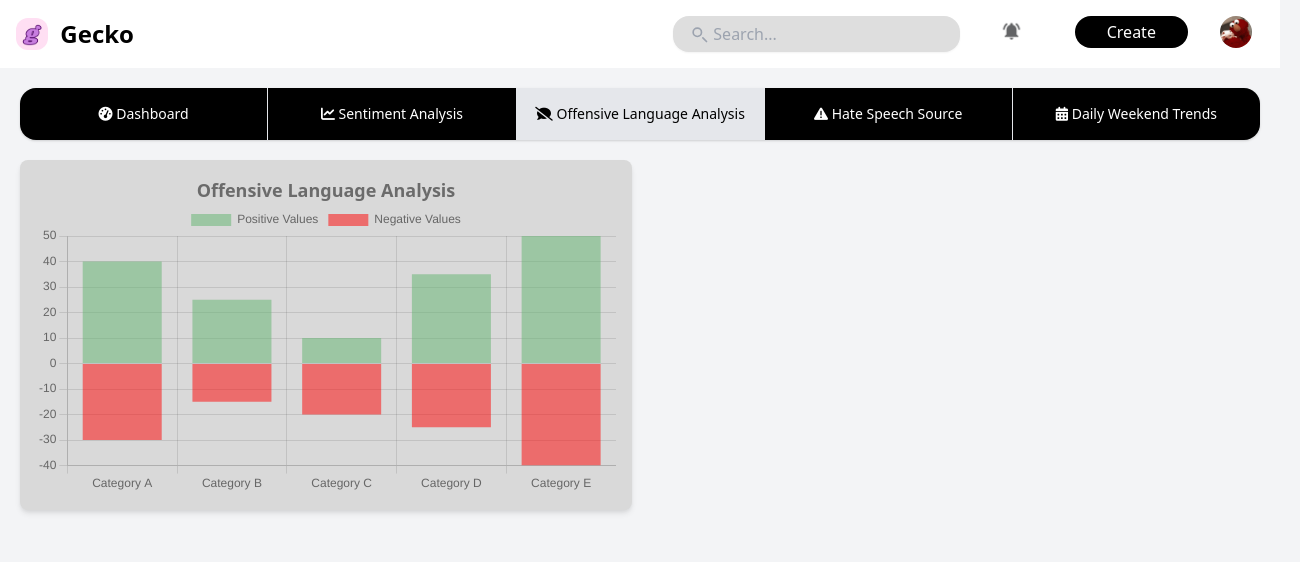
Repository: theamgri/thesis-website-nextjs
Page: OLA.html
The author's editor kept a copy of each file at every save. The page is drawn from the files as they stood at one save, then again after the next save.
The browser window is 1280 px wide. The page is 1280 px wide, then 1300 px, then 1280 px, so the pictures cover 1300 px, including what lies to the right of the window. The pictures show the whole page.

Above is the page before, as saved 2023-10-07 09:30:17.

### OLA.html
<!DOCTYPE html>
<html lang="en">
<head>
    <meta charset="UTF-8">
    <meta name="viewport" content="width=device-width, initial-scale=1.0">
    <title>Gecko</title>
    <link rel="icon" type="image/x-icon" href="/images/icon.png">
    <link href="https://cdn.jsdelivr.net/npm/tailwindcss@2.2.19/dist/tailwind.min.css" rel="stylesheet">
    <script src="https://cdn.jsdelivr.net/npm/chart.js"></script>
    <link rel="stylesheet" href="https://cdnjs.cloudflare.com/ajax/libs/font-awesome/6.0.0-beta3/css/all.min.css">

    <script src="https://kit.fontawesome.com/yourcode.js" crossorigin="anonymous"></script>


</head>
<body class="bg-gray-100">

<nav class="bg-white drop-shadow-2xl border-gray-200 dark:bg-gray-900">
    <div class="flex flex-wrap items-center justify-between mx-auto p-4">
      <a href="." class="flex items-center">
          <img src="images/icon.png" class="h-8 mr-3 rounded-xl" alt="Logo" />
          <span class="self-center text-2xl font-semibold whitespace-nowrap dark:text-white">Gecko</span>
      </a>
      <button data-collapse-toggle="navbar-default" type="button" class="inline-flex items-center p-2 w-10 h-10 justify-center text-sm text-gray-500 rounded-lg md:hidden hover:bg-gray-100 focus:outline-none focus:ring-2 focus:ring-gray-200 dark:text-gray-400 dark:hover:bg-gray-700 dark:focus:ring-gray-600" aria-controls="navbar-default" aria-expanded="false">
          <span class="sr-only">Open main menu</span>
          <svg class="w-5 h-5" aria-hidden="true" xmlns="http://www.w3.org/2000/svg" fill="none" viewBox="0 0 17 14">
              <path stroke="currentColor" stroke-linecap="round" stroke-linejoin="round" stroke-width="2" d="M1 1h15M1 7h15M1 13h15"/>
          </svg>
      </button>
      <div class="hidden w-full md:block md:w-auto drop-shadow-2xl" id="navbar-default">
        <ul class="font-medium flex flex-col p-4 md:p-0 mt-4 border border-gray-100 rounded-lg bg-gray-50 md:flex-row md:space-x-8 md:mt-0 md:border-0 md:bg-white dark:bg-gray-800 md:dark:bg-gray-900 dark:border-gray-700">
            <li>
                <div class="relative">
                    <input
                        type="text"
                        placeholder="Search..."
                        class="block w-full py-2 pl-10 pr-4 leading-5 rounded-2xl shadow-sm focus:ring focus:ring-blue-200 border-gray-300" style="background-color: #DEDEDE;"
                    />
                    <div class="absolute inset-y-0 left-0 pl-4 flex items-center pointer-events-none">
                        <svg
                            class="w-5 h-5 text-gray-400"
                            fill="none"
                            stroke="currentColor"
                            viewBox="0 0 24 24"
                            xmlns="http://www.w3.org/2000/svg"
                        >
                            <path
                                stroke-linecap="round"
                                stroke-linejoin="round"
                                stroke-width="2"
                                d="M21 21l-4.35-4.35"
                            />
                            <path
                                stroke-linecap="round"
                                stroke-linejoin="round"
                                stroke-width="2"
                                d="M15 10a5 5 0 11-10 0 5 5 0 0110 0z"
                            />
                        </svg>
                    </div>
                </div>

              </li>
            <li>
              <img src="images/bellbutton.png" class="h-8 mr-3 rounded-xl" alt="Notification Bell" />
          </li>
          <li>
            <button class="bg-black drop-shadow-2xl hover:bg-blue-700 text-white font-normal py-1 px-8 rounded-full">
              Create
            </button>
          </li>
          <li>
            <a href="your-link-here">
                <img src="images/user.jpg" class="h-8 mr-3 rounded-full" alt="Notification Bell" />
            </a>
        </li>


        </ul>
      </div>
    </div>
  </nav>

  <div class="sm:hidden">

    <select id="tabs" class="bg-gray-100 border border-gray-300 text-gray-900 text-sm rounded-lg focus:ring-blue-500 focus:border-blue-500 block w-full p-2.5 dark:bg-gray-700 dark:border-gray-600 dark:placeholder-gray-400 dark:text-white dark:focus:ring-blue-500 dark:focus:border-blue-500">
        <option></option>
        <option></option>
        <option></option>
        <option></option>
    </select>
  </div>
  <ul class="m-5 rounded-2xl drop-shadow-xl hidden text-sm font-medium text-center text-white divide-x divide-gray-200 rounded-lg shadow sm:flex bg-black dark:bg-gray-900 dark:divide-gray-700">
      <li class="w-full">
          <a href="#" class="inline-block font-medium w-full p-4 hover:text-white focus:ring-4 focus:ring-blue-300 focus:outline-none dark:hover:bg-gray-700" aria-current="page">
              <i class="fas fa-tachometer-alt"></i> Dashboard
          </a>
      </li>
      <li class="w-full">
          <a href="#" class="inline-block font-medium w-full p-4 hover:text-white focus:ring-4 focus:ring-blue-300 focus:outline-none dark:hover:bg-gray-700">
              <i class="fas fa-chart-line"></i> Sentiment Analysis
          </a>
      </li>


      <li class="w-full">
          <a href="#" class="inline-block font-medium w-full p-4 text-black bg-gray-200 focus:ring-4 focus:ring-blue-300 focus:outline-none">
              <i class="fas fa-comment-slash"></i> Offensive Language Analysis
          </a>
      </li>
      <li class="w-full">
          <a href="#" class="inline-block font-medium w-full p-4 hover:text-white focus:ring-4 focus:ring-blue-300 focus:outline-none dark:hover:bg-gray-700">
              <i class="fas fa-exclamation-triangle"></i> Hate Speech Source
          </a>
      </li>
      <li class="w-full">
          <a href="#" class="inline-block font-medium w-full p-4 rounded-r-lg hover:text-white focus:ring-4 focus:outline-none focus:ring-blue-300 dark:hover:bg-gray-700">
              <i class="fas fa-calendar-alt"></i> Daily Weekend Trends
          </a>
      </li>
  </ul>
  <!-- <div class="container mx-auto mt-0"> -->
  <div class="m-5 grid grid-cols-1 md:grid-cols-2 lg:grid-cols-2 xl:grid-cols-2 gap-4">
    <!-- Container 1 -->
    <div class="bg-white p-4 rounded-lg shadow-md" style="background-color: #D9D9D9;">
        <h2 class="text-lg text-center opacity-50 font-semibold">Offensive Language Analysis</h2>
        <canvas id="bidirectional-double-bar-graph"></canvas>
    </div>

    <script src="https://cdn.jsdelivr.net/npm/chart.js"></script>


    <script>
        // Data for the bidirectional double bar graph
        const label = ['Category A', 'Category B', 'Category C', 'Category D', 'Category E'];
        const dataset1 = [40, 25, 10, 35, 50];
        const dataset2 = [-30, -15, -20, -25, -40];

        const ctx = document.getElementById('bidirectional-double-bar-graph').getContext('2d');
        new Chart(ctx, {
            type: 'bar',
            data: {
                labels: label,
                datasets: [
                    {
                        label: 'Positive Values',
                        data: dataset1,
                        backgroundColor: ['rgba(97, 180, 110, 0.5)', 'rgba(97, 180, 110, 0.5)', 'rgba(97, 180, 110, 0.5)', 'rgba(97, 180, 110, 0.5)', 'rgba(97, 180, 110, 0.5)'],
                    },
                    {
                        label: 'Negative Values',
                        data: dataset2,
                        backgroundColor: ['rgba(255, 0, 0, 0.5)', 'rgba(255, 0, 0, 0.5)', 'rgba(255, 0, 0, 0.5)', 'rgba(255, 0, 0, 0.5)', 'rgba(255, 0, 0, 0.5)'],
                    },
                ]
            },
            options: {
                responsive: true,
                scales: {
                    x: {
                        beginAtZero: true,
                        stacked: true,
                    },
                    y: {
                        beginAtZero: true,
                    },
                },
                plugins: {
                    legend: {
                        display: true,
                        position: 'top',
                    },
                },
            },
        });
    </script>
    <!-- </div> -->

  </body>
  </html>

After the next save:
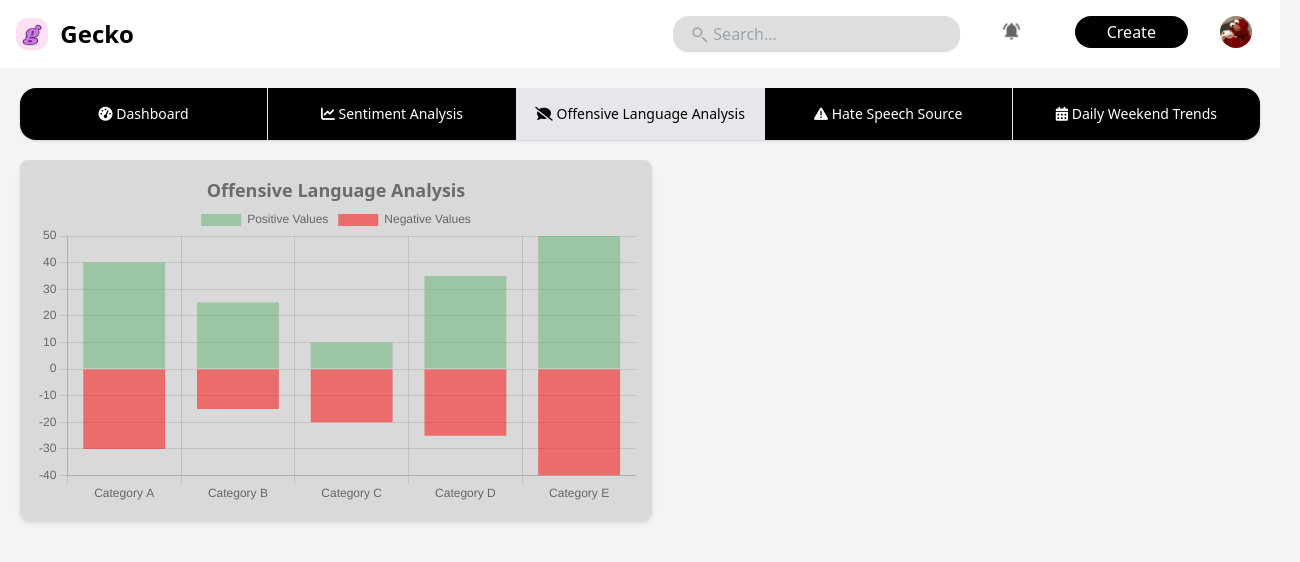
Saved 8 s later.
--- a/OLA.html
+++ b/OLA.html
@@ -120,7 +120,7 @@
       </li>
   </ul>
   <!-- <div class="container mx-auto mt-0"> -->
-  <div class="m-5 grid grid-cols-1 md:grid-cols-2 lg:grid-cols-2 xl:grid-cols-2 gap-4">
+  <div class="m-5 w-full grid grid-cols-1 md:grid-cols-2 lg:grid-cols-2 xl:grid-cols-2 gap-4">
     <!-- Container 1 -->
     <div class="bg-white p-4 rounded-lg shadow-md" style="background-color: #D9D9D9;">
         <h2 class="text-lg text-center opacity-50 font-semibold">Offensive Language Analysis</h2>

After the save that followed:
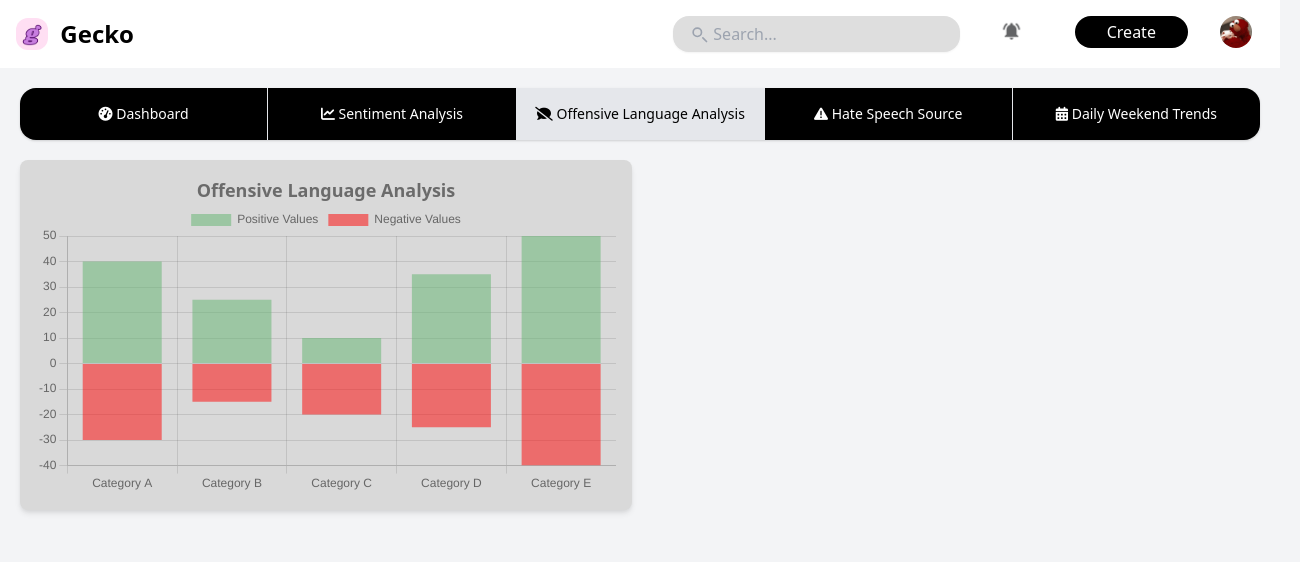
Saved 7 s later.
--- a/OLA.html
+++ b/OLA.html
@@ -120,7 +120,7 @@
       </li>
   </ul>
   <!-- <div class="container mx-auto mt-0"> -->
-  <div class="m-5 w-full grid grid-cols-1 md:grid-cols-2 lg:grid-cols-2 xl:grid-cols-2 gap-4">
+  <div class="m-5 grid grid-cols-1 md:grid-cols-2 lg:grid-cols-2 xl:grid-cols-2 gap-4">
     <!-- Container 1 -->
     <div class="bg-white p-4 rounded-lg shadow-md" style="background-color: #D9D9D9;">
         <h2 class="text-lg text-center opacity-50 font-semibold">Offensive Language Analysis</h2>
